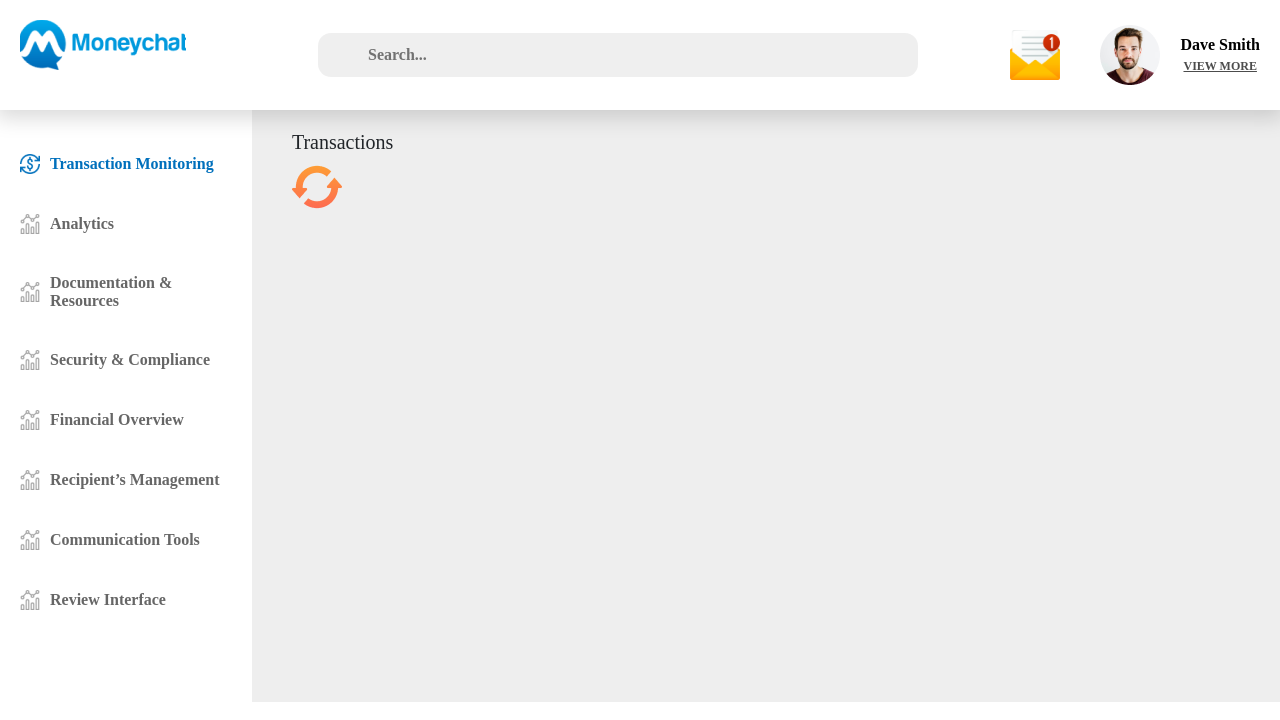
Repository: FlyweisReact/Money-Chat
Page: /transaction
The author's editor kept a copy of each file at every save. The page is drawn from the files as they stood at one save, then again after the next save.
The browser window is 1280 px wide. The pictures show the whole page.
The project was rebuilt for these pictures with package versions that can differ from the ones it lists, and the page was loaded fresh each time. Also part of the build but not shown: src/forms/ForgetPassword.js, src/forms/Login.jsx, src/forms/NeedHelp.js, src/forms/Regestration.js, src/forms/Verify.js.

Above is the page before, as saved 2023-11-30 15:27:20.

### src/index.js
import React from "react";
import ReactDOM from "react-dom/client";
import "./index.css";
import App from "./App";
import { BrowserRouter } from "react-router-dom";
import 'bootstrap/dist/css/bootstrap.min.css'
// Commit Changes
const root = ReactDOM.createRoot(document.getElementById("root"));
root.render(
  <React.StrictMode>
    <BrowserRouter>
      <App />
    </BrowserRouter>
  </React.StrictMode>
);

### src/CSS/style.css
/** @format */

.Login_screen {
  background: linear-gradient(
      0deg,
      rgba(238, 238, 238, 0.2) 0%,
      rgba(238, 238, 238, 0.2) 100%
    ),
    #fff;
  display: flex;
  flex-direction: column;
  justify-content: center;
  align-items: center;
  width: 100%;
  height: 100vh;
}
.Login_screen .Login_Container {
  max-width: 667px;
  max-height: 785px;
  width: 100%;
  height: 100%;
  border-radius: 13px;
  background: #fff;
  box-shadow: 0px 10px 30px 3px rgba(0, 0, 0, 0.15);
  padding: 20px;
  padding-bottom: 50px;
}
.Login_screen .Login_Container .logo {
  display: block;
  margin: auto;
  width: 166px;
  margin-top: 40px;
}
.Login_screen .Login_Container .description {
  margin-top: 40px;
}
.Login_screen .Login_Container .description h6 {
  color: #000;
  text-align: center;
  font-size: 32px;
  font-style: normal;
  font-weight: 700;
  line-height: normal;
}

.Login_screen .Login_Container .description p {
  color: rgba(0, 0, 0, 0.7);
  text-align: center;
  font-size: 20px;
  font-style: normal;
  font-weight: 400;
  line-height: normal;
}

.Login_Container .input_container {
  margin-bottom: 50px;
}
.Login_Container .input_container.special {
  max-height: 300px;
  padding-bottom: 50px;
  overflow-y: scroll;
}
.Login_Container .input_group {
  display: flex;
  gap: 10px;
  align-items: center;
  border-radius: 13px;
  background: rgba(238, 238, 238, 0.2);
  box-shadow: 0px 6px 20px 2px rgba(0, 0, 0, 0.15);
  padding: 15px;
  width: 80%;
  margin: auto;
}
.Login_Container .input_group img {
  width: 20px;
}
.Login_Container .input_group input {
  outline: none;
  border: none;
  color: #0070bc;
  font-size: 16px;
  font-style: normal;
  font-weight: 500;
  line-height: normal;
  font-weight: 600;
  width: 80%;
}
.Login_Container .input_group input.without_color {
  color: rgba(0, 0, 0, 0.7);
}
.Login_Container .input_group input.without_color::placeholder {
  color: rgba(0, 0, 0, 0.7);
}
.Login_Container .input_group input::placeholder {
  color: #0070bc;
  font-weight: 600;
}

.Login_Container .login_btn {
  max-width: 250px;
  width: 100%;
  display: block;
  margin: auto;
  margin-top: 40px;
  color: #fff;
  text-align: center;
  font-size: 18px;
  font-style: normal;
  font-weight: 600;
  line-height: normal;
  border-radius: 10px;
  background: linear-gradient(180deg, #fea82f 0%, #fd575b 100%);
  padding: 15px;
}

.Login_Container .create_new {
  display: flex;
  justify-content: center;
  gap: 20px;
  align-items: center;
  margin-top: 50px;
}

.Login_Container .create_new .item {
  display: flex;
  gap: 10px;
  align-items: center;
  width: 300px;
  justify-content: center;
}
.Login_Container .create_new .item img {
  width: 20px;
}
.Login_Container .create_new .item span {
  color: rgba(0, 0, 0, 0.7);
  text-align: center;
  font-size: 16px;
  font-style: normal;
  font-weight: 600;
  line-height: normal;
}

.Login_Container .create_new .item:first-child {
  border-right: 2px solid #000;
  padding-right: 10px;
}

.Login_Container a {
  text-decoration: none;
}

.Login_Container .button_container {
  display: flex;
  justify-content: space-between;
  align-items: center;
  gap: 20px;
}
.Login_Container .button_container button {
  max-width: 250px;
  width: 100%;
  display: block;
  margin: auto;
  color: #fff;
  text-align: center;
  font-size: 18px;
  font-style: normal;
  font-weight: 600;
  line-height: normal;
  border-radius: 10px;
  background: linear-gradient(180deg, #fea82f 0%, #fd575b 100%);
  padding: 15px;
}

.Login_Container .button_container .cancel {
  max-width: 250px;
  width: 100%;
  display: flex;
  gap: 10px;
  align-items: center;
}
.Login_Container .button_container .cancel a {
  font-size: 18px;
  font-style: normal;
  font-weight: 700;
  line-height: normal;
  text-decoration-line: underline;
  background: linear-gradient(180deg, #fea82f 0%, #fd575b 100%);
  background-clip: text;
  -webkit-background-clip: text;
  -webkit-text-fill-color: transparent;
}
.Login_Container .button_container .cancel img {
  width: 30px;
}

.Login_Container .progress_bar {
  border-radius: 10px;
  background: rgba(196, 196, 196, 0.4);
  width: 100%;
  height: 16px;
  margin-top: 40px;
}

.Login_Container .progress_bar .colored {
  width: 33%;
  border-radius: 10px;
  background: linear-gradient(90deg, #fea82f 0%, #fd575b 100%);
  height: 100%;
}
.Login_Container .progress_bar .second_stage {
  width: 80%;
  border-radius: 10px;
  background: linear-gradient(90deg, #fea82f 0%, #fd575b 100%);
  height: 100%;
}

.Login_Container .input_container .heading {
  color: #0070bc;
  font-size: 20px;
  font-style: normal;
  font-weight: 700;
  line-height: normal;
  padding: 20px;
  padding-bottom: 0;
  margin-top: 20px;
}

.Login_Container .whole_button_container {
  border-radius: 13px;
  background: rgba(238, 238, 238, 0.2);
  box-shadow: 0px 6px 20px 2px rgba(0, 0, 0, 0.15);
  width: 90%;
  margin: auto;
  display: flex;
  align-items: center;
  justify-content: space-between;
  padding-left: 20px;
  padding-right: 20px;
  padding: 10px;
  margin-top: 10px;
}

.Login_Container .whole_button_container p {
  margin: 0;
  color: rgba(0, 0, 0, 0.7);
  font-size: 16px;
  font-style: normal;
  font-weight: 600;
  line-height: normal;
}

.Login_Container .whole_button_container button {
  border-radius: 13px;
  background: rgba(0, 170, 234, 0.5);
  width: 200px;
  padding: 10px;
  color: #fff;
  text-align: center;
  font-size: 16px;
  font-style: normal;
  font-weight: 600;
  line-height: normal;
  display: flex;
  justify-content: center;
  align-items: center;
  gap: 20px;
}

.Login_Container .whole_button_container button.img {
  width: 20px;
}

.verify {
  background: #f0f6f5;
  width: 100%;
  height: 100vh;
}
.verify img {
  width: 800px;
  display: block;
  margin: auto;
}
.verify .colored {
  color: rgba(0, 0, 0, 0.7);
  text-align: center;
  font-size: 32px;
  font-style: normal;
  font-weight: 500;
  line-height: normal;
}
.verify p {
  color: rgba(0, 0, 0, 0.6);
  text-align: center;
  font-size: 24px;
  font-style: normal;
  font-weight: 400;
  line-height: normal;
}

.Login_Container .Drop_Links {
  padding: 20px;
}

.Login_Container .Drop_Links div {
  border-bottom: 1px solid rgba(0, 0, 0, 0.6);
  padding: 20px;
  display: flex;
  justify-content: space-between;
  align-items: center;
  cursor: pointer;
  margin-top: 20px;
}
.Login_Container .Drop_Links div span {
  color: rgba(0, 0, 0, 0.6);
  font-size: 16px;
  font-style: normal;
  font-weight: 600;
  line-height: normal;
}
.Login_Container .Drop_Links div i {
  font-size: 18px;
  color: #fea82f;
}

/* Navbar */
.Navbar {
  background: #fff;
  box-shadow: 0px 4px 20px 4px rgba(0, 0, 0, 0.15);
  display: flex;
  justify-content: space-between;
  align-items: center;
  gap: 20px;
  padding: 20px;
  width: 100%;
  position: relative;
  z-index: 2;
}
.Navbar .logo {
  width: 206px;
}

.Navbar .search_bar {
  border-radius: 13px;
  background: rgba(238, 238, 238, 0.93);
  max-width: 600px;
  width: 100%;
  padding: 10px;
  display: flex;
  gap: 20px;
  align-items: center;
  padding-left: 30px;
}

.Navbar .search_bar input {
  background-color: transparent;
  outline: none;
  width: 90%;
  font-size: 16px;
  font-weight: 600;
}

.Navbar .search_bar input::placeholder {
  color: rgba(30, 30, 30, 0.6);
  font-weight: 600;
}

.Navbar .side_div {
  display: flex;
  align-items: center;
  gap: 20px;
  justify-content: space-between;
  max-width: 250px;
  width: 100%;
}

.Navbar .side_div .notify {
  max-width: 50px;
  width: 100%;
}
.Navbar .side_div .content {
  display: flex;
  align-items: center;
  gap: 20px;
}
.Navbar .side_div .content div {
  display: flex;
  flex-direction: column;
  gap: 5px;
  justify-content: center;
  align-items: center;
}
.Navbar .side_div .content div p {
  margin: 0;
  color: #000;
  font-size: 16px;
  font-style: normal;
  font-weight: 600;
  line-height: normal;
}

.Navbar .side_div .content div a {
  color: rgba(0, 0, 0, 0.7);
  font-size: 12px;
  font-style: normal;
  font-weight: 600;
  text-decoration: underline;
  line-height: normal;
}

/* ---- */
.component_style {
  display: flex;
  gap: 20px;
  background: #eee;
}
.sidebar {
  background-color: #fff;
  width: 20%;
}

.sidebar ul {
  display: flex;
  gap: 40px;
  flex-direction: column;
  padding: 20px;
}
.sidebar ul li {
  display: flex;
  align-items: center;
  gap: 10px;
}
.sidebar ul li span.link {
  color: rgba(0, 0, 0, 0.6);
  font-size: 16px;
  font-style: normal;
  font-weight: 600;
  line-height: normal;
}

.sidebar ul li img {
  width: 20px;
}
.sidebar ul a {
  text-decoration: none;
}
.sidebar ul a.active li span.link {
  color: #0070bc;
}

.child_component {
  width: 80%;
  padding: 20px;
  height: 100%;
}

### src/pages/Transaction/Transaction.js
/** @format */

import HOC from "../../layout/HOC";

const Transaction = () => {
  return (
    <>
      <section>
        <div className="heading">
          <h5>Transactions</h5>
          <div>
            <img src="./Image/15.png" alt="" />
            <div>

            </div>
          </div>
        </div>
      </section>
    </>
  );
};

export default HOC(Transaction);

### src/layout/HOC.jsx
/** @format */

import React, { useState } from "react";
import Navbar from "./Navbar";
import Sidebar from "./Sidebar";

const HOC = (Wcomponenet) => {
  return function Component() {
    const [hamb, setHamb] = useState(false);
    return (
      <>
        <div style={{ backgroundColor: "#f2f3f8" }}>
          <Navbar hamb={hamb} setHamb={setHamb} />
        </div>

        <section className="component_style">
          <Sidebar hamb={hamb} setHamb={setHamb} />
          <div
            className="h-[87%] child_component"
            style={{ overflowY: "auto" }}
          >
            {" "}
            <Wcomponenet />
          </div>
        </section>
      </>
    );
  };
};

export default HOC;

### src/layout/Navbar.jsx
/** @format */
import logo from "../Images/logo.png";

const Navbar = () => {
  return (
    <>
      <div className="Navbar">
        <div className="logo">
          <img src={logo} alt="" />
        </div>

        <div className="search_bar">
          <i className="fa-solid fa-magnifying-glass"></i>
          <input type="search" placeholder="Search..." />
        </div>

        <div className="side_div">
          <img src="./Image/13.png" alt="" className="notify" />

          <div className="content">
            <img src="./Image/12.png" alt="" />
            <div>
              <p className="head">Dave Smith</p>
              <a>VIEW MORE </a>
            </div>
          </div>

        </div>


      </div>
    </>
  );
};

export default Navbar;

### src/layout/Sidebar.jsx
/** @format */

import React from "react";
import { Link, useLocation, useNavigate } from "react-router-dom";
import { toast } from "react-toastify";

const Sidebar = () => {
  const navigate = useNavigate();
  const location = useLocation();

  const nav = [
    {
      img: "./Image/14.svg",
      activeImg: "./Image/Monitoring.svg",
      link: "/transaction",
      name: "Transaction Monitoring",
    },
    {
      img: "./Image/Analytics.svg",
      activeImg: "./Image/Analyticsactive.svg",
      link: "/Product",
      name: "Analytics ",
    },

    {
      img: "./Image/Analytics.svg",
      activeImg: "./Image/Analyticsactive.svg",
      link: "/service",
      name: "Documentation & Resources",
    },
    {
      img: "./Image/Analytics.svg",
      activeImg: "./Image/Analyticsactive.svg",
      link: "/gallery",
      name: "Security & Compliance",
    },
    {
      img: "./Image/Analytics.svg",
      activeImg: "./Image/Analyticsactive.svg",
      link: "/getblog",
      name: "Financial Overview",
    },
    {
      img: "./Image/Analytics.svg",
      activeImg: "./Image/Analyticsactive.svg",
      link: "/privacy-policy",
      name: "Recipient’s Management",
    },
    {
      img: "./Image/Analytics.svg",
      activeImg: "./Image/Analyticsactive.svg",
      link: "/terms",
      name: "Communication Tools",
    },
    {
      img: "./Image/Analytics.svg",
      activeImg: "./Image/Analyticsactive.svg",
      link: "/brand",
      name: "Review Interface",
    },
  ];

  const logOut = () => {
    localStorage.clear();
    navigate("/");
    toast.success("Logged Out");
  };

  function ImgFinder(i) {
    if (i.link === location.pathname) {
      return i.activeImg;
    } else {
      return i.img;
    }
  }

  return (
    <>
      <aside className="sidebar">
        <nav className="py-6">
          <ul>
            {nav.map((nav) => {
              return (
                <Link
                  to={nav.link}
                  key={nav.name}
                  className={`Links ${
                    nav.link === location.pathname ? "active" : ""
                  }`}
                >
                  <li>
                    <img src={ImgFinder(nav)} alt="" />
                    <span className="link"> {nav.name}</span>
                  </li>
                </Link>
              );
            })}
          </ul>

          <span
            className="flex my-3 items-center cursor-pointer text-gray-900    tracking-wider p-2 rounded-sm"
            onClick={() => logOut()}
            style={{ color: "#FFF", textTransform: "uppercase" }}
          ></span>
        </nav>
      </aside>
    </>
  );
};

export default Sidebar;

Loaded but not shown: tailwind.config.js (common file); src/App.js (46 lines, source omitted); src/index.css (919 lines, source omitted)

After the next save:
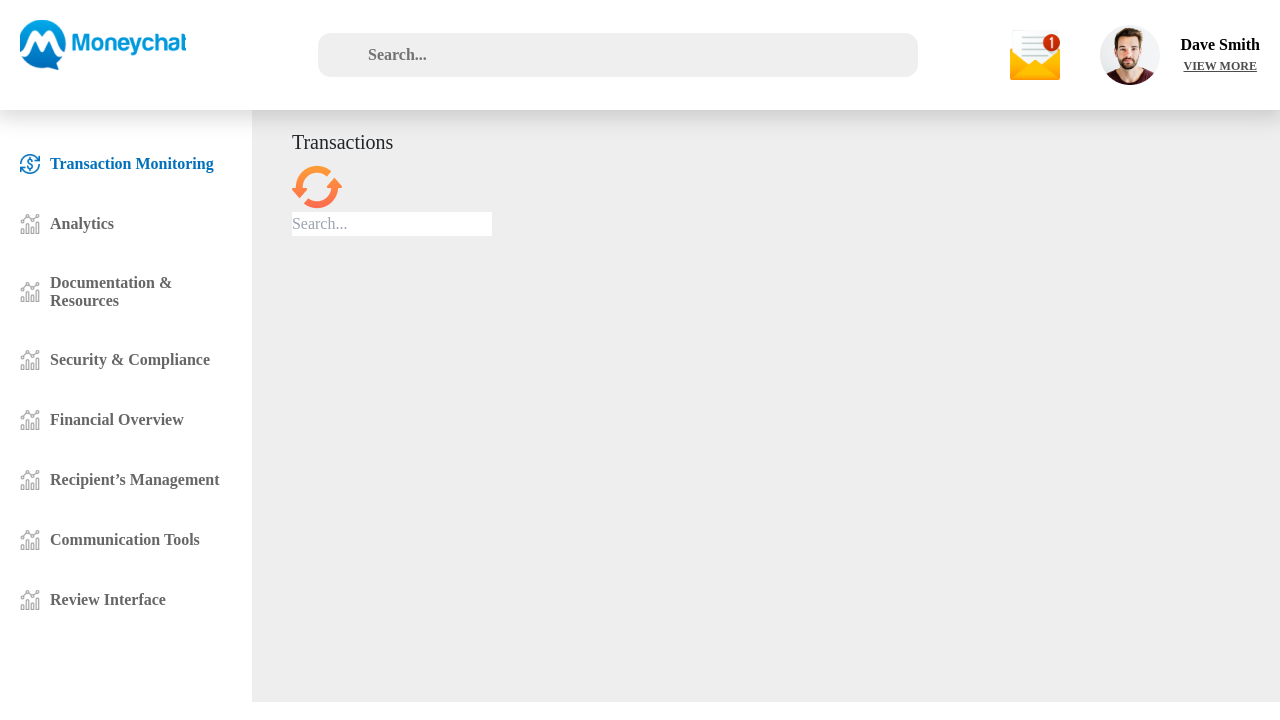
Saved 12 s later.
--- a/src/pages/Transaction/Transaction.js
+++ b/src/pages/Transaction/Transaction.js
@@ -11,7 +11,8 @@ const Transaction = () => {
           <div>
             <img src="./Image/15.png" alt="" />
             <div>
-
+              <i className="fa-solid fa-magnifying-glass"></i>
+              <input type="search" placeholder="Search..." />
             </div>
           </div>
         </div>
